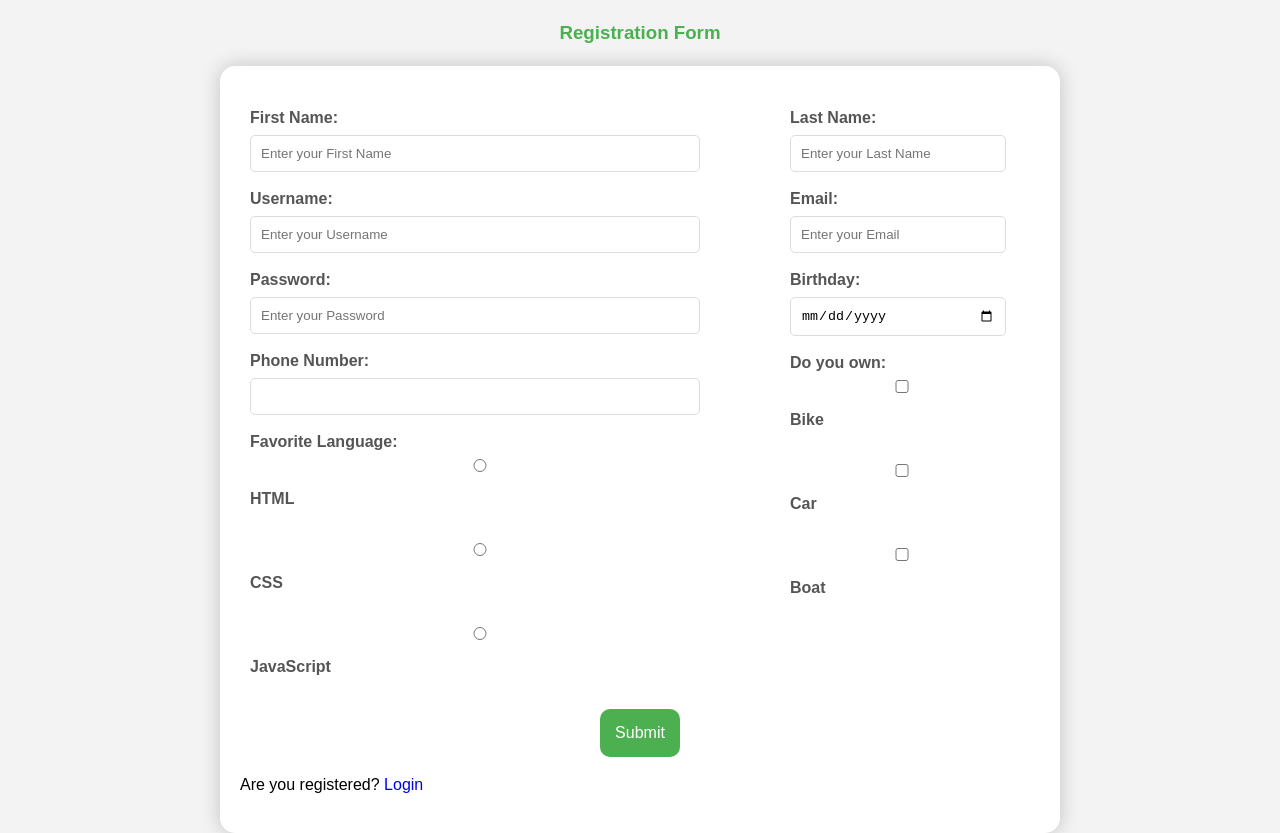
Repository: alizey12/Regestratin-Form-js
Page: regester.html
These files come from the project's save history. The page is drawn as it stood at one moment and after a run of saves; the edit follows.
The browser window is 1280 px wide. The pictures show the whole page.

Above is the page before, as saved 2024-11-29 18:43:27.

After the next 2 saves:
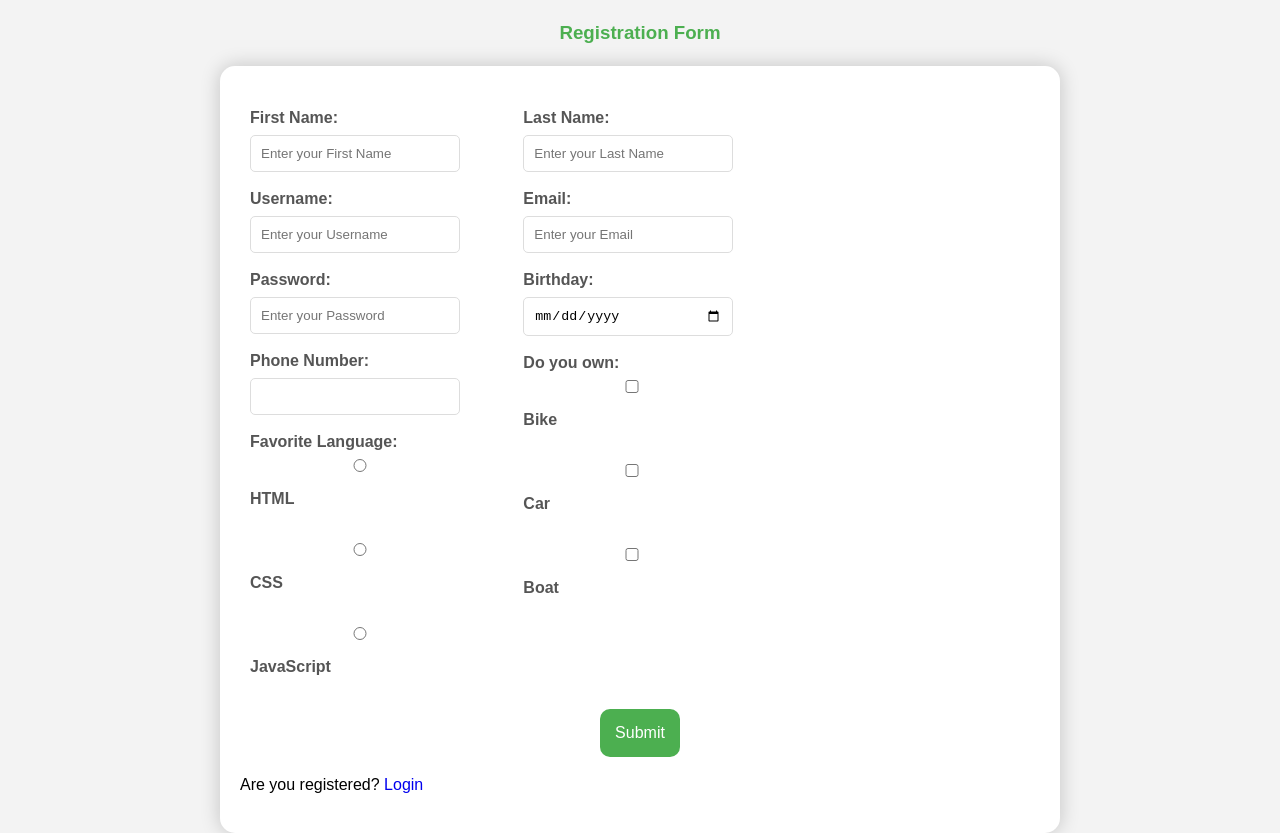
The 2 saves are shown as one change because they came seconds apart.
The last was saved 11 s later.
--- a/regester.css
+++ b/regester.css
@@ -63,7 +63,7 @@ button {
 .grid-container {
     display: grid;
 
-    grid-template-columns: 2fr 1fr;
+    grid-template-columns: 1fr 1fr 1fr;
     gap: 20px;
 }
 
